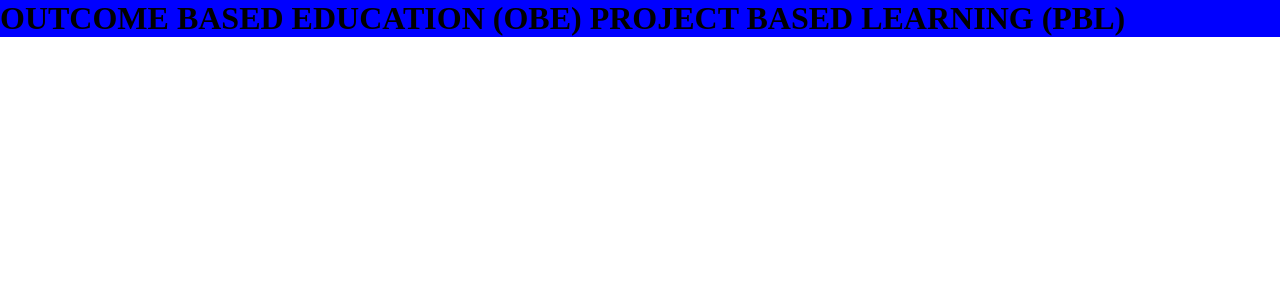
Repository: kenyi-mic/ugv-celender-ui
Page: /
The author's editor kept a copy of each file at every save. The page is drawn from the files as they stood at one save, then again after the next save.
The browser window is 1280 px wide. The pictures show the whole page.
The project was rebuilt for these pictures with package versions that can differ from the ones it lists, and the page was loaded fresh each time.

Above is the page before, as saved 2021-06-28 16:47:46.

### public/index.html
<!DOCTYPE html>
<html lang="en">
  <head>
    <meta charset="utf-8" />
    <link rel="icon" href="%PUBLIC_URL%/favicon.ico" />
    <meta name="viewport" content="width=device-width, initial-scale=1" />
    <meta name="theme-color" content="#000000" />
    <meta
      name="description"
      content="Web site created using create-react-app"
    />

    <!--
      manifest.json provides metadata used when your web app is installed on a
      user's mobile device or desktop. See https://developers.google.com/web/fundamentals/web-app-manifest/
    -->
    <link rel="manifest" href="%PUBLIC_URL%/manifest.json" />
    <!--
      Notice the use of %PUBLIC_URL% in the tags above.
      It will be replaced with the URL of the `public` folder during the build.
      Only files inside the `public` folder can be referenced from the HTML.

      Unlike "/favicon.ico" or "favicon.ico", "%PUBLIC_URL%/favicon.ico" will
      work correctly both with client-side routing and a non-root public URL.
      Learn how to configure a non-root public URL by running `npm run build`.
    -->
    <title>React App</title>
  </head>
  <body>
    <noscript>You need to enable JavaScript to run this app.</noscript>
    <header id="root"></header>
    <!--
      This HTML file is a template.
      If you open it directly in the browser, you will see an empty page.

      You can add webfonts, meta tags, or analytics to this file.
      The build step will place the bundled scripts into the <body> tag.

      To begin the development, run `npm start` or `yarn start`.
      To create a production bundle, use `npm run build` or `yarn build`.
    -->
  </body>
</html>

### src/index.js
import React, { Component } from "react";
import ReactDOM from "react-dom";
import Header from "./components/Header";
//import 'bootstrap/dist/css/bootstrap.min.css';

class Index extends Component {
  state = {};
  render() {
    return <Header />;
  }
}

ReactDOM.render(<Index />, document.getElementById("root"));

### src/components/Header.js
import React from "react";
import "./Header.css";

function Header() {
  const header = "Outcome based education (obe) Project based learning (PBL)";
  var caps = header.toUpperCase();
  return (
    <div>
      <h1 className="title">{caps}</h1>
    </div>
  );
}

export default Header;

### src/components/Header.css
* {
  margin: 0;
  padding: 0;
  box-sizing: border-box;
}
.title {
  background-color: blue;
}

After the next save:
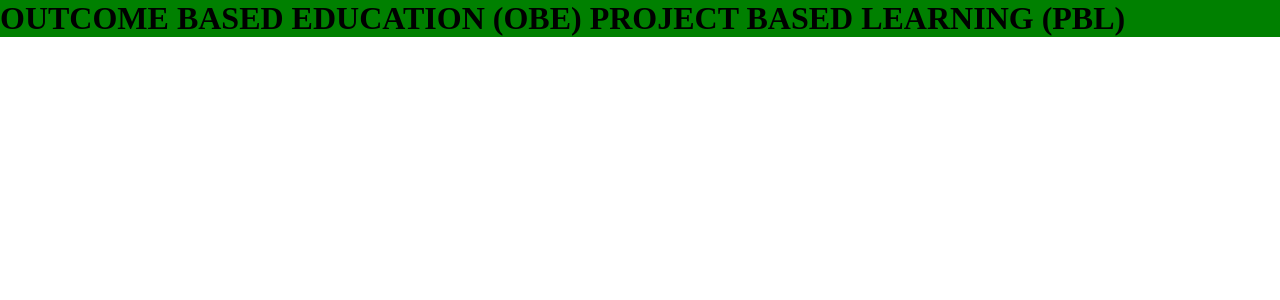
Saved 71 s later.
--- a/src/components/Header.css
+++ b/src/components/Header.css
@@ -4,5 +4,5 @@
   box-sizing: border-box;
 }
 .title {
-  background-color: blue;
+  background-color: green;
 }
